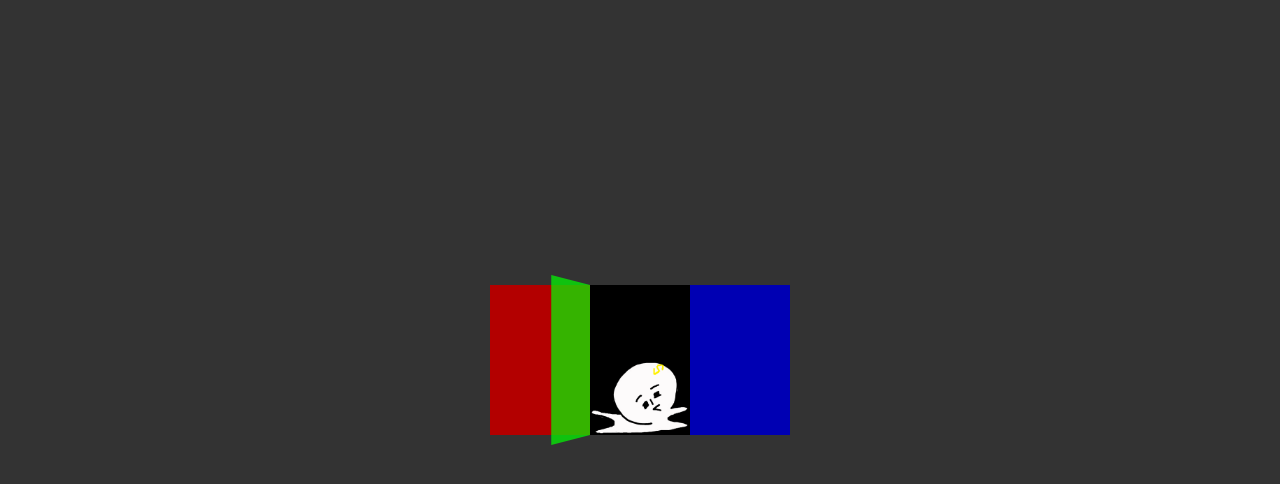
Repository: ggandory/interactiveweb
Page: Interactive_section6_doors/index.html
These files come from the project's save history. The page is drawn as it stood at one moment and after the next save; the edit follows.
The browser window is 1280 px wide. The pictures show the whole page.

Above is the page before, as saved 2024-10-08 15:25:43.

After the next save:
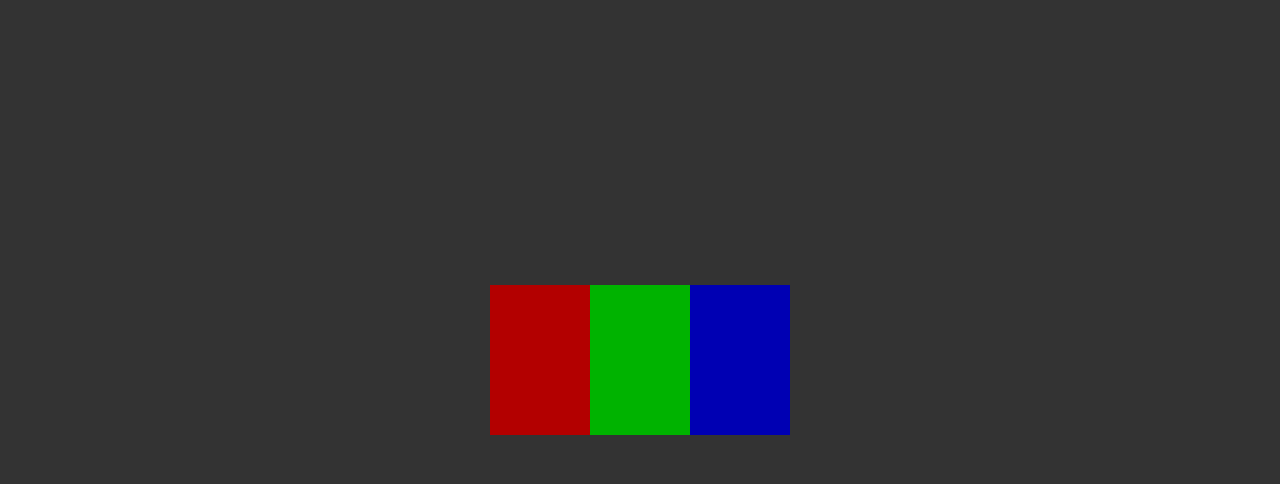
Saved 12 min 14 s later.
--- a/Interactive_section6_doors/index.html
+++ b/Interactive_section6_doors/index.html
@@ -152,7 +152,6 @@
 
 			stageElem.addEventListener('click', doorHandler);
 
-			activate(document.querySelector('.door:nth-child(2)'));
 		})();
 	</script>
 </body>
